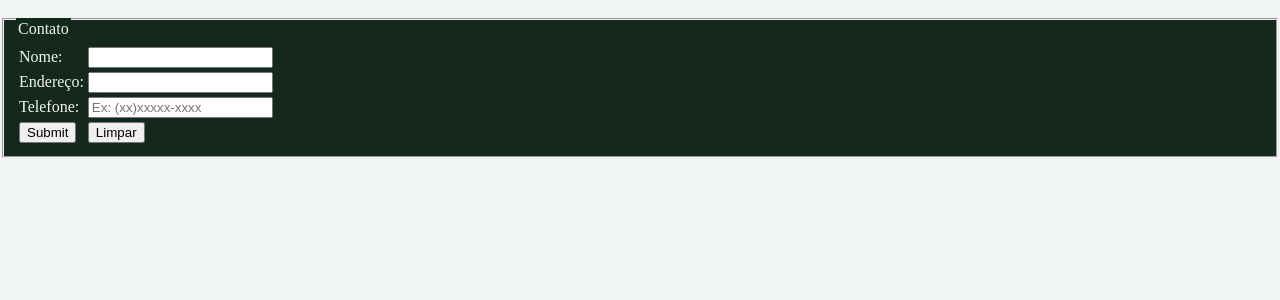
Repository: otavio-vicente/BackEnd-UniSenai
Page: WorkspaceTrilhaWeb/exemploServlet/src/main/webapp/contato.html
These files come from the project's save history. The page is drawn as it stood at one moment and after the next save; the edit follows.
The browser window is 1280 px wide. The pictures show the whole page.

Above is the page before, as saved 2024-06-13 22:57:01.

### WorkspaceTrilhaWeb/exemploServlet/src/main/webapp/contato.html
<!DOCTYPE html>
<html>
<head>
<meta charset="UTF-8">
<title>Insert title here</title>
<link href="./style.css" rel="stylesheet" type="text/css">
</head>
<body>
	<form>
		<fieldset>
			<legend>Contato</legend>
			<table>
				<tr>
					<td>Nome:</td>
					<td><input type="text"></input></td>
				</tr>
				<tr>
					<td>Endereço:</td>
					<td><input type="text"></input></td>
				</tr>
				<tr>
					<td>Telefone:</td>
					<td><input type="fone" placeholder="Ex: (xx)xxxxx-xxxx"></input></td>
				</tr>
				<tr>
					<td><input type="submit"></input></td>
					<td><input type="reset" value="Limpar"></input></td>
				</tr>
			</table>
		</fieldset>
	</form>
</body>
</html>

### WorkspaceTrilhaWeb/exemploServlet/src/main/webapp/style.css
@charset "UTF-8";

body {
	background-color: #F1F5F2;
	margin: 0;
}

fieldset {
	background-color: #14281D;
	color: #F1F5F2;
}
legend{
	padding-top: 20px;
}

After the next save:
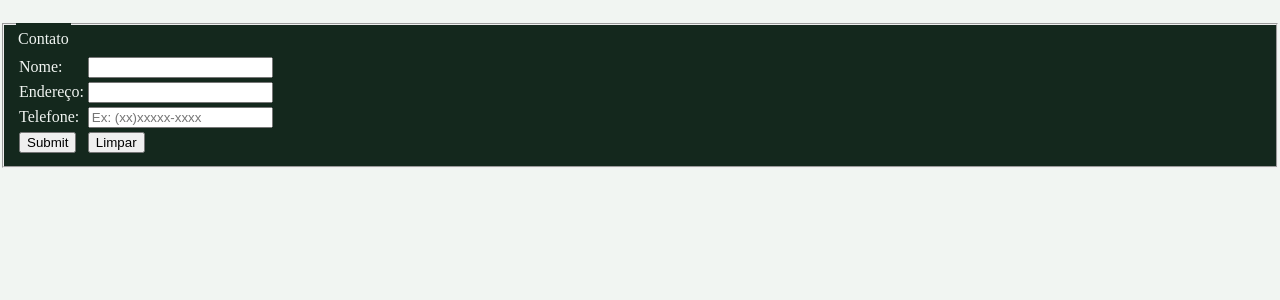
Saved 6 s later.
--- a/WorkspaceTrilhaWeb/exemploServlet/src/main/webapp/style.css
+++ b/WorkspaceTrilhaWeb/exemploServlet/src/main/webapp/style.css
@@ -10,5 +10,5 @@ fieldset {
 	color: #F1F5F2;
 }
 legend{
-	padding-top: 20px;
+	padding-top: 30px;
 }
